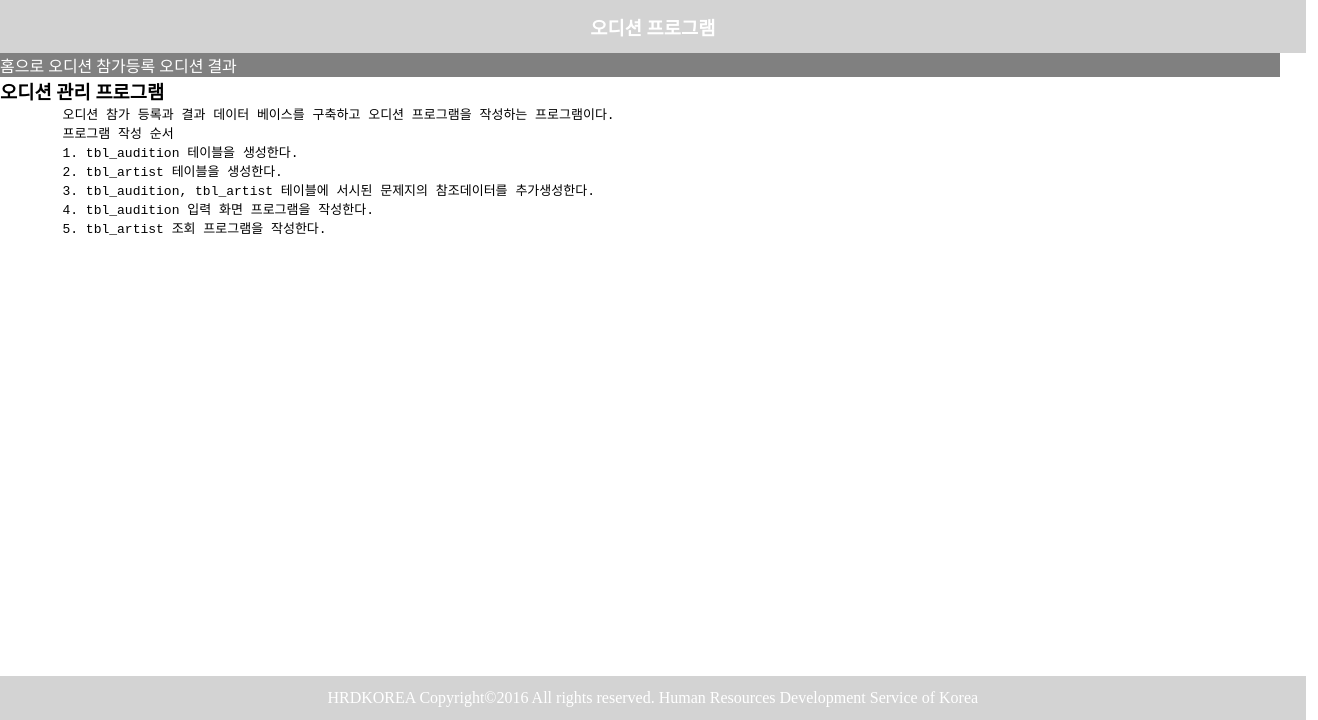
Repository: jieun000/Craftsman_Information_Processing
Page: http://localhost/Test/main.jsp
An editor plug-in stored every save of this project. The page is shown before and after the next save, followed by the edit.
The browser window is 1280 px wide. The page is 1306 px wide, then 1318 px, so the pictures cover 1318 px, including what lies to the right of the window. The pictures show the whole page.
The page is served by Tomcat 9.

Above is the page before, as saved 2023-09-06 01:12:01.

### 02_study/Test/src/main/webapp/main.jsp
<%@ page language="java" contentType="text/html; charset=UTF-8"
    pageEncoding="UTF-8"%>
<!DOCTYPE html>
<html>
<head>
<meta charset="UTF-8">
<title>Insert title here</title>
<style type="text/css">
* { margin: 0; padding: 0; }
nav > a { text-decoration: none; color: white; }
</style>
</head>
<body>
	<header style="background: lightgray; color: white; text-align: center; width: 100%; padding: 1%;">
		<h3>오디션 프로그램</h3>
	</header>
	<nav style="background: gray;">
		<a href="main.jsp">홈으로</a>
		<a href="joinForm.jsp">오디션 참가등록</a>
		<a href="result.jsp">오디션 결과</a>
	</nav>
	<section>
		<h3>오디션 관리 프로그램</h3>
		<pre>
	오디션 참가 등록과 결과 데이터 베이스를 구축하고 오디션 프로그램을 작성하는 프로그램이다.
	프로그램 작성 순서
	1. tbl_audition 테이블을 생성한다.
	2. tbl_artist 테이블을 생성한다.
	3. tbl_audition, tbl_artist 테이블에 서시된 문제지의 참조데이터를 추가생성한다.
	4. tbl_audition 입력 화면 프로그램을 작성한다.
	5. tbl_artist 조회 프로그램을 작성한다.
		</pre>
	</section>
	<footer style="background: lightgray; color: white; width: 100%; text-align: center; padding: 1%; position: absolute; bottom: 0;">
		<p>
			HRDKOREA Copyright&copy;2016 All rights reserved. Human Resources Development Service of Korea
		</p>
	</footer>
</body>
</html>

After the next save:
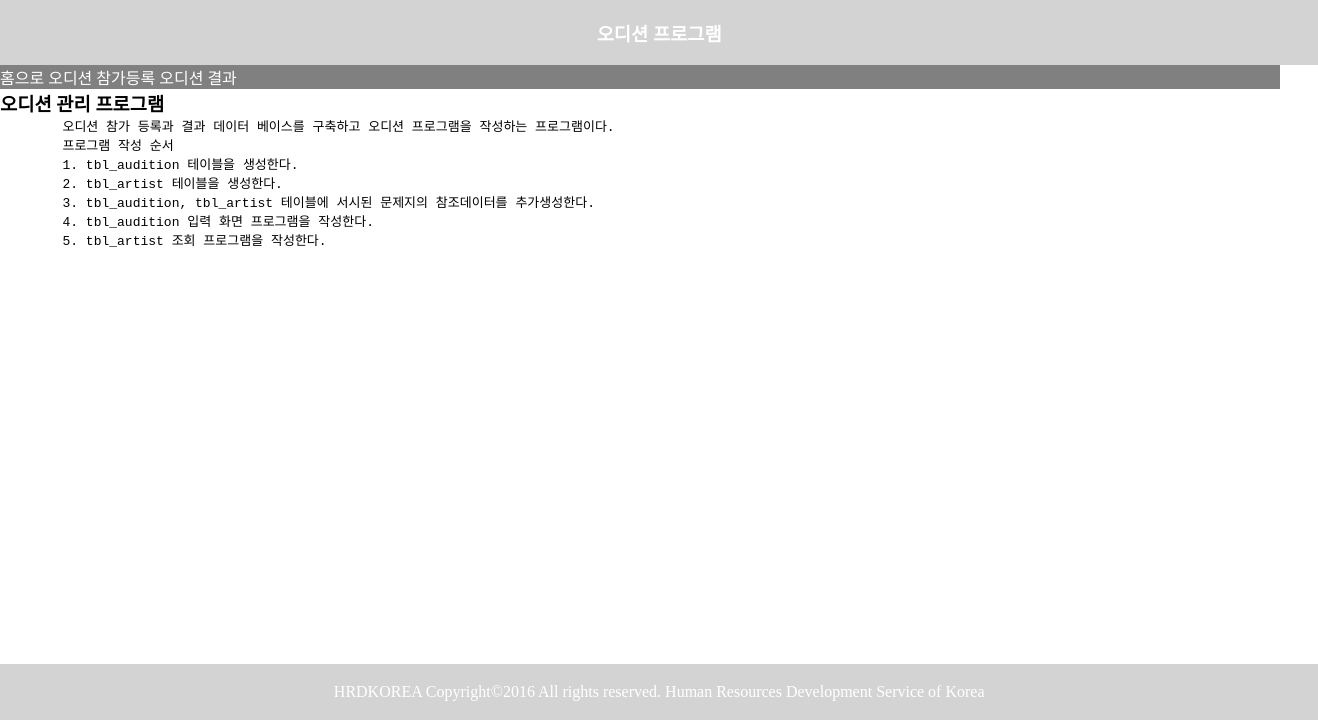
Saved 9 s later.
--- a/02_study/Test/src/main/webapp/main.jsp
+++ b/02_study/Test/src/main/webapp/main.jsp
@@ -11,7 +11,7 @@
 </style>
 </head>
 <body>
-	<header style="background: lightgray; color: white; text-align: center; width: 100%; padding: 1%;">
+	<header style="background: lightgray; color: white; text-align: center; width: 100%; padding: 1.5%;">
 		<h3>오디션 프로그램</h3>
 	</header>
 	<nav style="background: gray;">
@@ -31,7 +31,7 @@
 	5. tbl_artist 조회 프로그램을 작성한다.
 		</pre>
 	</section>
-	<footer style="background: lightgray; color: white; width: 100%; text-align: center; padding: 1%; position: absolute; bottom: 0;">
+	<footer style="background: lightgray; color: white; width: 100%; text-align: center; padding: 1.5%; position: absolute; bottom: 0;">
 		<p>
 			HRDKOREA Copyright&copy;2016 All rights reserved. Human Resources Development Service of Korea
 		</p>
